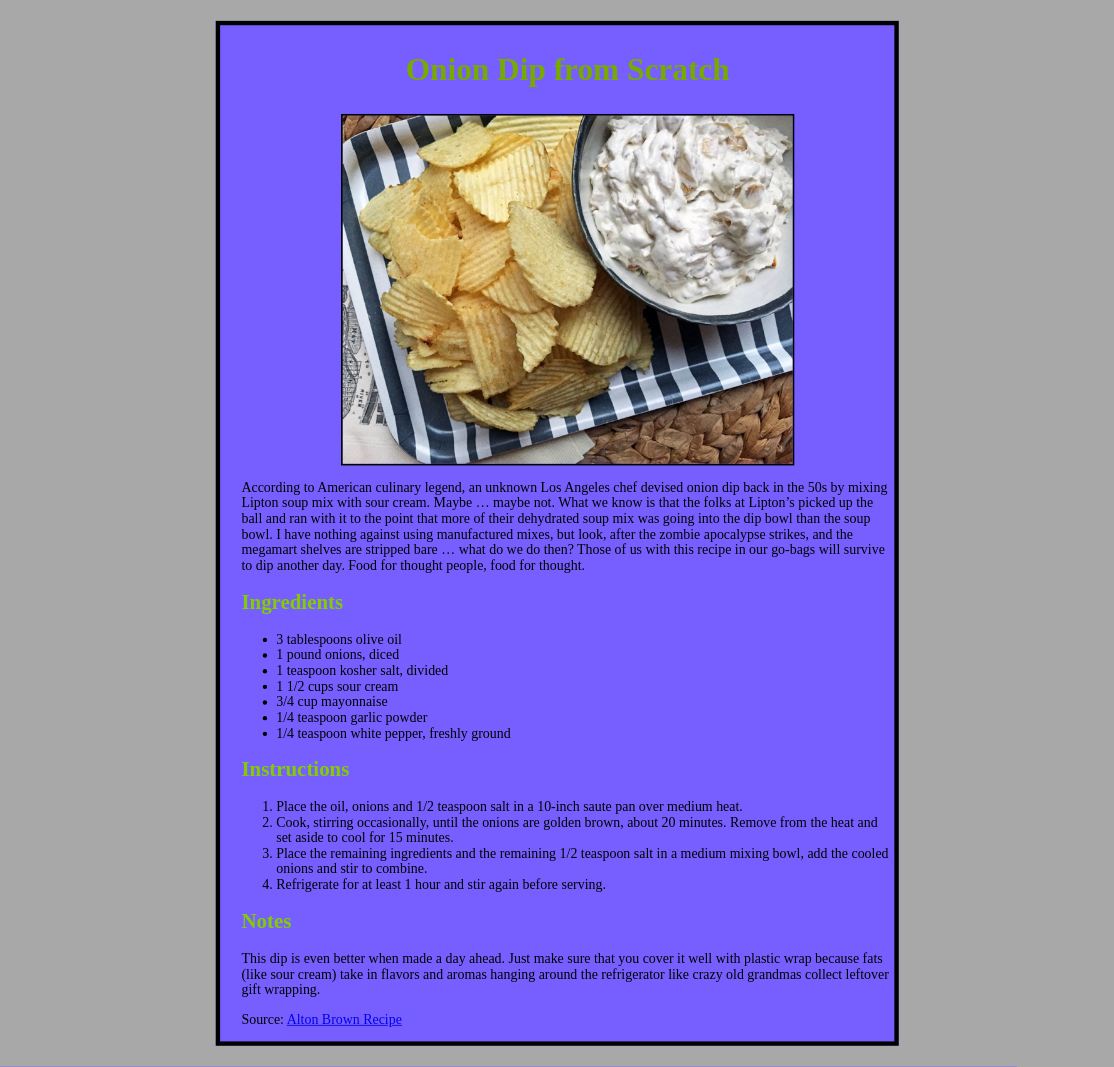
Repository: coltoncherry/mi349fs15
Page: week3/index.html
The author's editor kept a copy of each file at every save. The page is drawn from the files as they stood at one save, then again after the next save.
The browser window is 1280 px wide. The pictures show the whole page, at 87% of full size.

Above is the page before, as saved 2015-09-23 00:49:27.

After the next save:
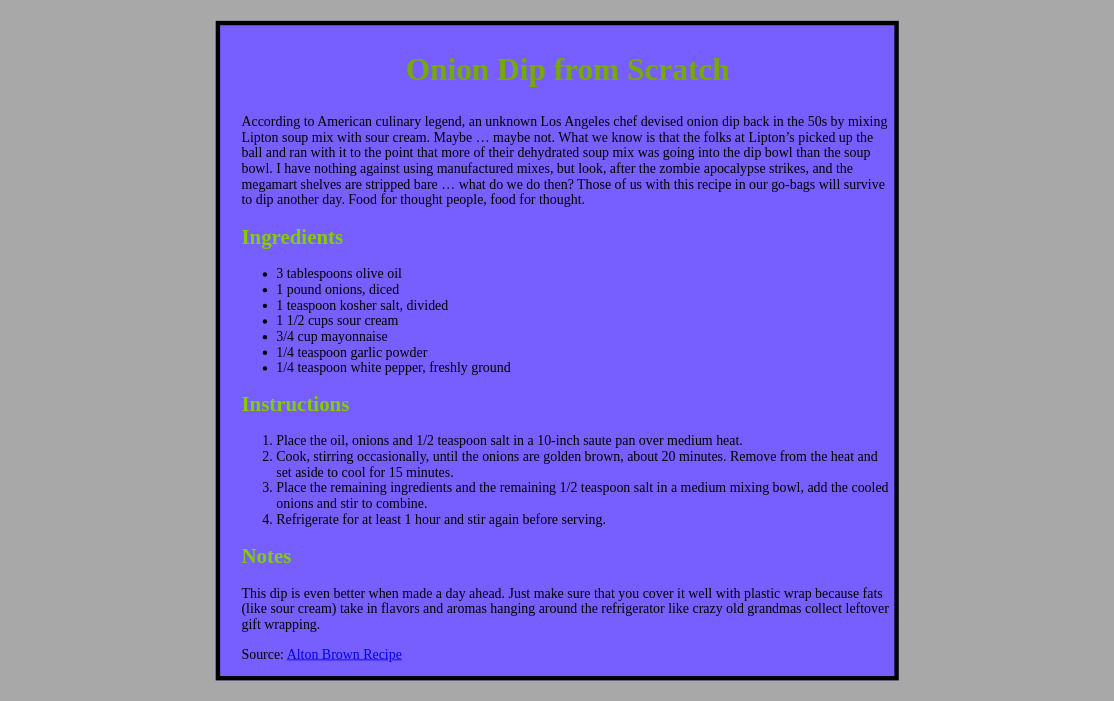
Saved 3 min 50 s later.
--- a/week3/index.html
+++ b/week3/index.html
@@ -6,10 +6,11 @@
         <link rel="stylesheet" type="text/css" href="css/style.css" media="screen"/>
     </head>
     <body>
+    	<div class="container">
     	<article class="recipe" id="ab-onion-dip">
         <h1>Onion Dip from Scratch</h1>
 
-        <p><img src="images/alton-brown-onion-dip.jpg" alt="AB Onion Dip"/></p>
+        <!--<p><img src="images/alton-brown-onion-dip.jpg" alt="AB Onion Dip"/></p> -->
 
         <p>According to American culinary legend, an unknown Los Angeles chef devised onion dip back in the 50s by mixing Lipton soup mix with sour cream.  Maybe … maybe not. What we know is that the folks at Lipton’s picked up the ball and ran with it to the point that more of their dehydrated soup mix was going into the dip bowl than the soup bowl.  I have nothing against using manufactured mixes, but look, after the zombie apocalypse strikes, and the megamart shelves are stripped bare … what do we do then?  Those of us with this recipe in our go-bags will survive to dip another day.  Food for thought people, food for thought.</p>
 
@@ -40,5 +41,6 @@
 
 	<p>Source: <a href="http://altonbrown.com/onion-dip-recipe-from-scratch/">Alton Brown Recipe</a></p>
     	</article>
+    	</div>
         </body>
 </html>
